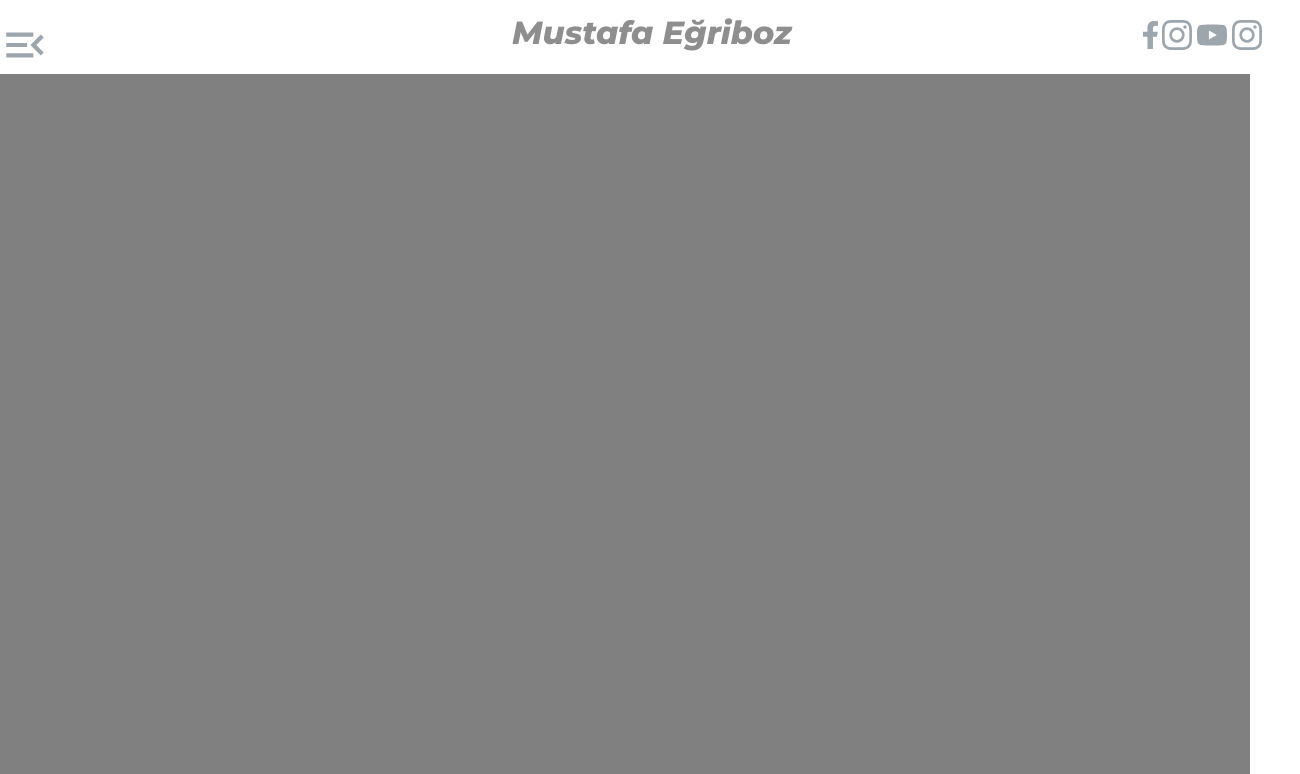
Repository: CengoCengo/m.e-gallery-web-site
Page: index.html
The author's editor kept a copy of each file at every save. The page is drawn from the files as they stood at one save, then again after the next save.
The browser window is 1280 px wide. The page is 1280 px wide, then 1300 px, so the pictures cover 1300 px, including what lies to the right of the window. The pictures show the whole page.

Above is the page before, as saved 2021-02-06 14:51:04.
Console error: TypeError: Cannot read properties of null (reading 'style')

After the next save:
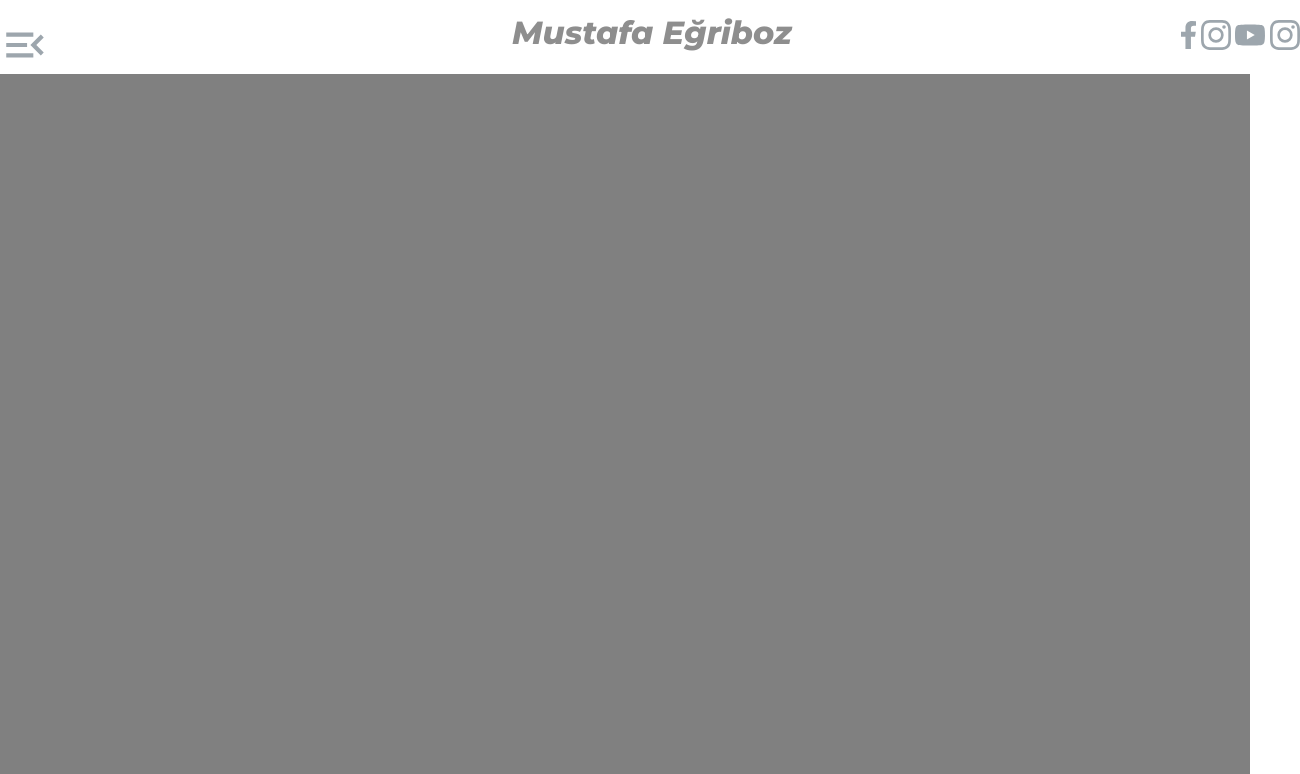
Saved 9 s later.
--- a/styles/style.css
+++ b/styles/style.css
@@ -40,8 +40,8 @@
     display: inline;
     position: relative;
     width: 100%;
-    left: 85%;
-    margin-left 10px;
+    left: 88%;
+
 
 
 }
